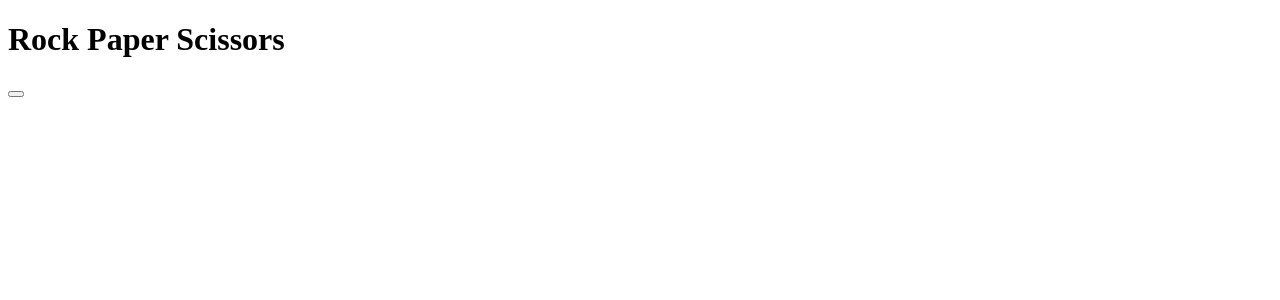
Repository: pgyunknown/Rock_paper_scissors-
Page: index.html
The author's editor kept a copy of each file at every save. The page is drawn from the files as they stood at one save, then again after a run of saves.
The browser window is 1280 px wide. The pictures show the whole page.

Above is the page before, as saved 2024-08-19 22:20:32.

After the next 2 saves:
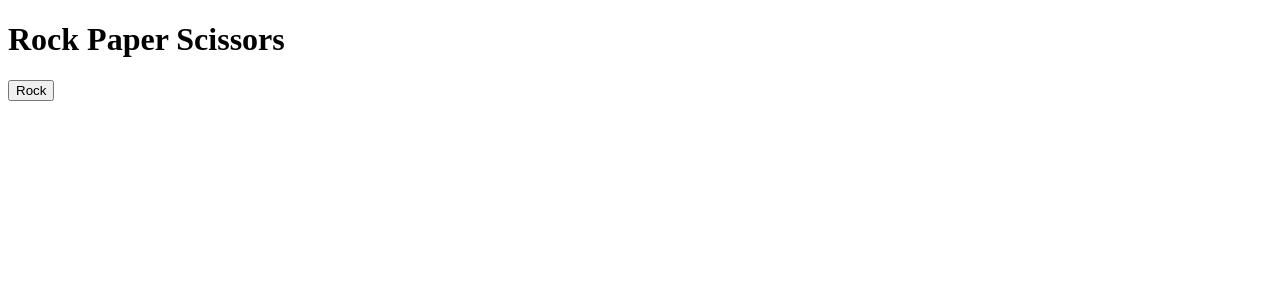
The 2 saves are shown as one change because they came seconds apart.
The last was saved 66 s later.
--- a/index.html
+++ b/index.html
@@ -8,6 +8,6 @@
 <body>
   <h1>Rock Paper Scissors</h1>
 
-  <button></button>
+  <button >Rock</button>
 </body>
 </html>
